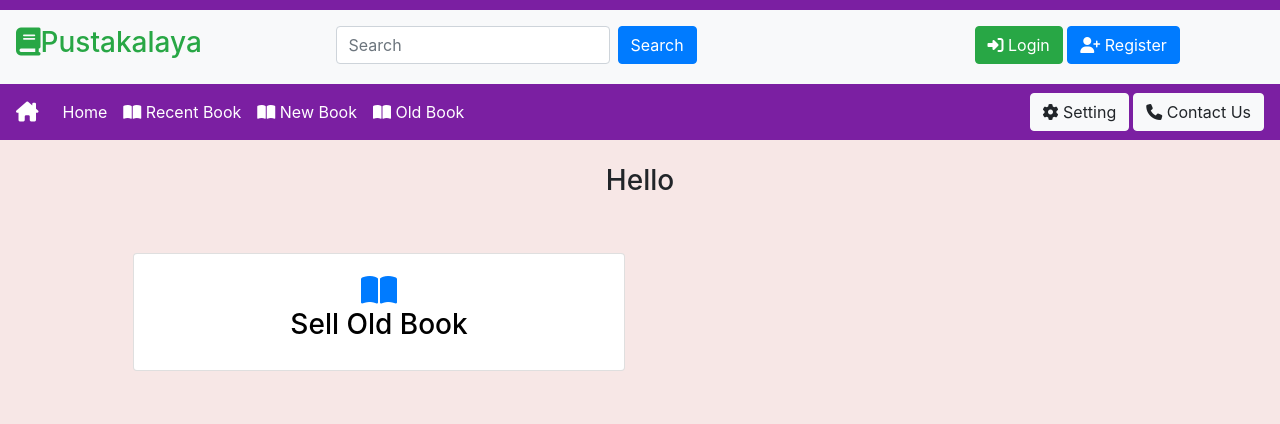
Repository: kalaprabhakar/Pustakalay_Web_Application
Page: http://localhost/E_Book_Management/setting.jsp
An editor plug-in stored every save of this project. The page is shown before and after the next save, followed by the edit.
The browser window is 1280 px wide. The pictures show the whole page.
Some web libraries are served in a nearby version. The page is served by Tomcat 10. Other server files are loaded and not shown.

Above is the page before, as saved 2024-02-28 13:40:02.

### E_Book_Management/src/main/webapp/setting.jsp
<%@ page language="java" contentType="text/html; charset=ISO-8859-1"
	pageEncoding="ISO-8859-1"%>
<!DOCTYPE html>
<html>
<head>
<meta charset="ISO-8859-1">
<title>Setting Page</title>
<%@ include file="all_component/allcss.jsp"%>

<style type="text/css">
a{

  text-decoration: none;
  color: black;

}

a:hover {
	text-decoration: none;
}

</style>
</head>
<body style="background-color: #f7e7e6">
	<%@ include file="all_component/navbar.jsp"%>
	<div class="container py-4 text-center">
		<h3>Hello ${userobj.name }</h3>
		<div class="row p-5">

			<div class="col-md-6">

				<a href="#">
					<div class="card">
						<div class="card-body text-center">
							<div class="text-primary"><i class="fa-solid fa-book-open fa-2x"></i></div>
							<h3>Sell Old Book</h3>
						</div>
					</div>

				</a>


			</div>

		</div>

	</div>


</body>
</html>

### E_Book_Management/src/main/webapp/all_component/allcss.jsp
<link rel="stylesheet"
	href="https://cdn.jsdelivr.net/npm/bootstrap@4.0.0/dist/css/bootstrap.min.css"
	integrity="sha384-Gn5384xqQ1aoWXA+058RXPxPg6fy4IWvTNh0E263XmFcJlSAwiGgFAW/dAiS6JXm"
	crossorigin="anonymous">

<script src="https://code.jquery.com/jquery-3.2.1.slim.min.js"
	integrity="sha384-KJ3o2DKtIkvYIK3UENzmM7KCkRr/rE9/Qpg6aAZGJwFDMVNA/GpGFF93hXpG5KkN"
	crossorigin="anonymous"></script>
<script
	src="https://cdn.jsdelivr.net/npm/popper.js@1.12.9/dist/umd/popper.min.js"
	integrity="sha384-ApNbgh9B+Y1QKtv3Rn7W3mgPxhU9K/ScQsAP7hUibX39j7fakFPskvXusvfa0b4Q"
	crossorigin="anonymous"></script>
<script
	src="https://cdn.jsdelivr.net/npm/bootstrap@4.0.0/dist/js/bootstrap.min.js"
	integrity="sha384-JZR6Spejh4U02d8jOt6vLEHfe/JQGiRRSQQxSfFWpi1MquVdAyjUar5+76PVCmYl"
	crossorigin="anonymous"></script>
<link rel="stylesheet"
	href="https://cdnjs.cloudflare.com/ajax/libs/font-awesome/6.5.1/css/all.min.css"
	integrity="sha512-DTOQO9RWCH3ppGqcWaEA1BIZOC6xxalwEsw9c2QQeAIftl+Vegovlnee1c9QX4TctnWMn13TZye+giMm8e2LwA=="
	crossorigin="anonymous" referrerpolicy="no-referrer" />

	<link  rel="stylesheet" href="all_component/style.css"/>

### E_Book_Management/src/main/webapp/all_component/navbar.jsp
<%@ taglib prefix="c" uri="http://java.sun.com/jsp/jstl/core"%>
<%@ page isELIgnored="false" %>

<div class="container-fluid" style="height : 10px ; background-color:  #7B1FA2 "></div>

<div class="container-fluid p-3 bg-light">
 <div class="row">
     <div class="col-md-3 text-success">
        <h3 > <i class="fa-solid fa-book"></i>Pustakalaya</h3>
     </div>
    <div class="col-md-6">
       <form class="form-inline my-2 my-lg-0">
      <input class="form-control mr-sm-2" type="search" placeholder="Search" aria-label="Search">
      <button class="btn btn-primary my-2 my-sm-0" type="submit">Search</button>
    </form>

    </div>
    <c:if test="${not empty userobj }">
    <div class="col-md-3">

    <a href="checkout.jsp" class="btn btn-ligh"><i class="fa-solid fa-cart-shopping  "></i></a>

      <a href="" class="btn btn-success"><i class="fa-solid fa-user-plus"></i>${userobj.name }</a>
      <a href="logout" class="btn btn-primary"><i class="fa-solid fa-right-to-bracket"></i> Logout</a>

    </div>

    </c:if>

    <c:if test="${ empty userobj }">
    <div class="col-md-3">
      <a href="login.jsp" class="btn btn-success"><i class="fa-solid fa-right-to-bracket"></i> Login</a>
      <a href="register.jsp" class="btn btn-primary"><i class="fa-solid fa-user-plus"></i> Register</a>

    </div>

    </c:if>

 </div>


</div>

<nav class="navbar navbar-expand-lg navbar-dark bg-custom">
  <a class="navbar-brand" href="#"><i class="fa-solid fa-house-chimney"></i></a>
  <button class="navbar-toggler" type="button" data-toggle="collapse" data-target="#navbarSupportedContent" aria-controls="navbarSupportedContent" aria-expanded="false" aria-label="Toggle navigation">
    <span class="navbar-toggler-icon"></span>
  </button>

  <div class="collapse navbar-collapse" id="navbarSupportedContent">
    <ul class="navbar-nav mr-auto">
      <li class="nav-item active">
        <a class="nav-link" href="index.jsp">Home <span class="sr-only">(current)</span></a>
      </li>
      <li class="nav-item active">
        <a class="nav-link" href="all_recent_book.jsp"> <i class="fa-solid fa-book-open"></i> Recent Book</a>
      </li>
      <li class="nav-item active">
        <a class="nav-link" href="all_new_book.jsp"> <i class="fa-solid fa-book-open"></i> New Book</a>
      </li>

      </li>
      <li class="nav-item active">
        <a class="nav-link disabled" href="all_old_book.jsp"> <i class="fa-solid fa-book-open"></i> Old Book</a>
      </li>
    </ul>
    <form class="form-inline my-2 my-lg-0">
      <a href="setting.jsp" class="btn btn-light my-2 my-sm-0" type="submit"><i class="fa-solid fa-gear"></i> Setting</a>
      <button class="btn btn-light my-2 my-sm-0 ml-1" type="submit"><i class="fa-solid fa-phone"></i> Contact Us</button>
    </form>
  </div>
</nav>

### E_Book_Management/src/main/webapp/all_component/style.css
.bg-custom {
	background-color : #7B1FA2 ;
}

.navbar .nav-item:hover .nav-link{

	background-color: white;
	color : black;
	border-radius : 20px ;
}

After the next save:
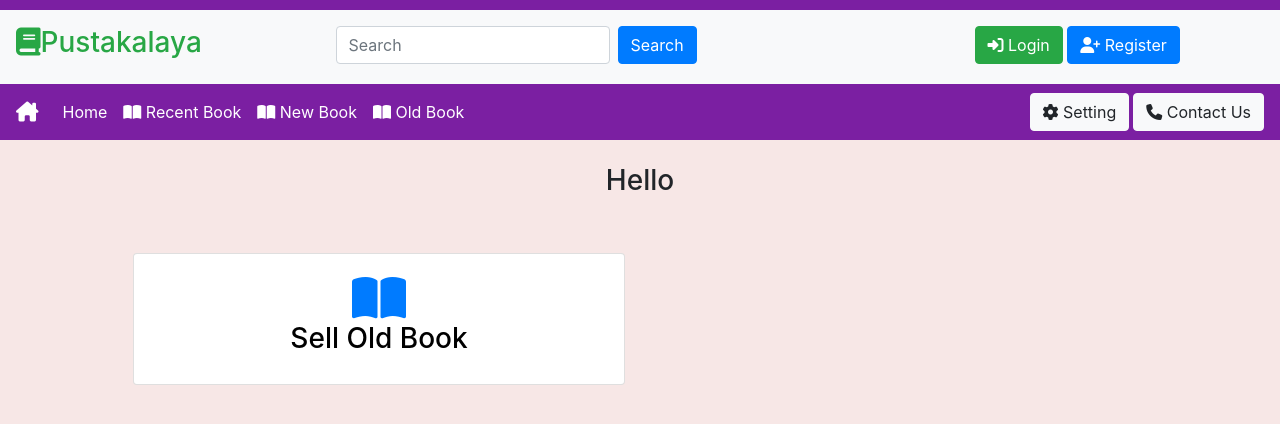
Saved 11 s later.
--- a/E_Book_Management/src/main/webapp/setting.jsp
+++ b/E_Book_Management/src/main/webapp/setting.jsp
@@ -32,7 +32,7 @@ a:hover {
 				<a href="#">
 					<div class="card">
 						<div class="card-body text-center">
-							<div class="text-primary"><i class="fa-solid fa-book-open fa-2x"></i></div>
+							<div class="text-primary"><i class="fa-solid fa-book-open fa-3x"></i></div>
 							<h3>Sell Old Book</h3>
 						</div>
 					</div>

After the save that followed:
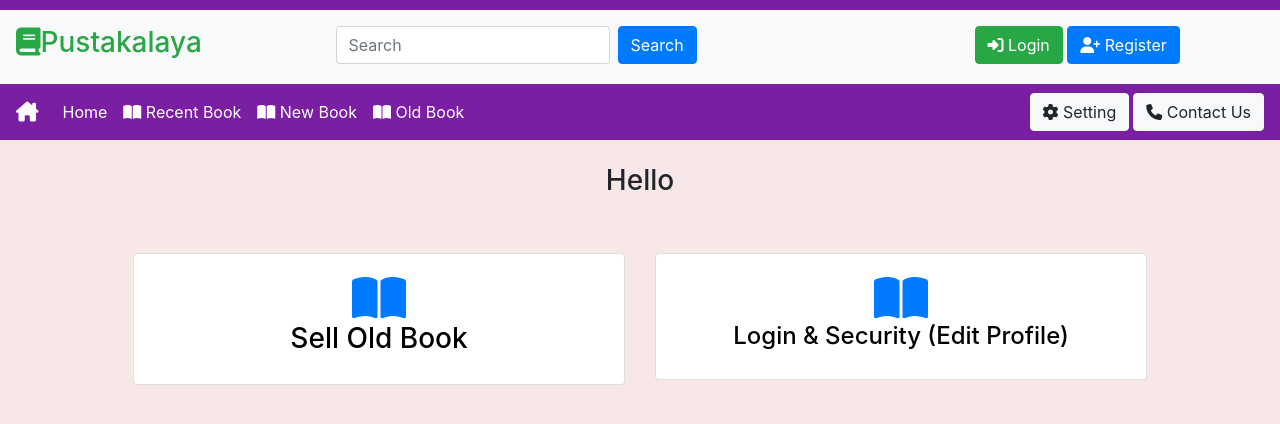
Saved 93 s later.
--- a/E_Book_Management/src/main/webapp/setting.jsp
+++ b/E_Book_Management/src/main/webapp/setting.jsp
@@ -42,6 +42,21 @@ a:hover {
 
 			</div>
 
+			<div class="col-md-6">
+
+				<a href="#">
+					<div class="card">
+						<div class="card-body text-center">
+							<div class="text-primary"><i class="fa-solid fa-book-open fa-3x"></i></div>
+							<h4>Login & Security (Edit Profile)</h4>
+						</div>
+					</div>
+
+				</a>
+
+
+			</div>
+
 		</div>
 
 	</div>
